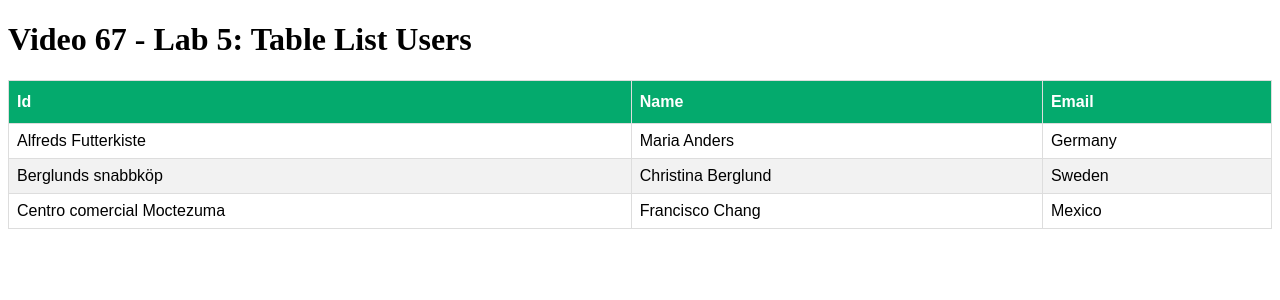
Repository: binhphanbp/JavaScript-TypeScript
Page: src/chapter07/video67-lab5/video67-lab5.html
The author's editor kept a copy of each file at every save. The page is drawn from the files as they stood at one save, then again after a run of saves.
The browser window is 1280 px wide. The pictures show the whole page.

Above is the page before, as saved 2025-09-02 16:55:42.

### src/chapter07/video67-lab5/video67-lab5.html
<!DOCTYPE html>
<html lang="en">
  <head>
    <meta charset="UTF-8" />
    <meta name="viewport" content="width=device-width, initial-scale=1.0" />
    <title>Document</title>
    <style>
      #users {
        font-family: Arial, Helvetica, sans-serif;
        border-collapse: collapse;
        width: 100%;
      }

      #users td,
      #users th {
        border: 1px solid #ddd;
        padding: 8px;
      }

      #users tr:nth-child(even) {
        background-color: #f2f2f2;
      }

      #users tr:hover {
        background-color: #ddd;
      }

      #users th {
        padding-top: 12px;
        padding-bottom: 12px;
        text-align: left;
        background-color: #04aa6d;
        color: white;
      }
    </style>
  </head>

  <body>
    <h1>Video 67 - Lab 5: Table List Users</h1>

    <table id="users">
      <thead>
        <th>Id</th>
        <th>Name</th>
        <th>Email</th>
      </thead>
      <tbody>
        <tr>
          <td>Alfreds Futterkiste</td>
          <td>Maria Anders</td>
          <td>Germany</td>
        </tr>
        <tr>
          <td>Berglunds snabbköp</td>
          <td>Christina Berglund</td>
          <td>Sweden</td>
        </tr>
        <tr>
          <td>Centro comercial Moctezuma</td>
          <td>Francisco Chang</td>
          <td>Mexico</td>
        </tr>
      </tbody>
    </table>

    <script src="./video67-lab5.js"></script>
  </body>
</html>

### src/chapter07/video67-lab5/video67-lab5.js
console.log('Video 67');

After the next 2 saves:
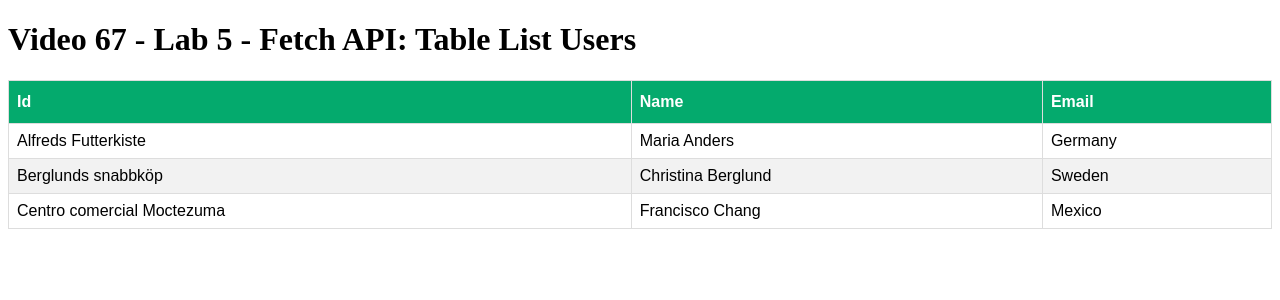
The 2 saves are shown as one change because they came seconds apart.
The last was saved 15 s later.
--- a/src/chapter07/video67-lab5/video67-lab5.html
+++ b/src/chapter07/video67-lab5/video67-lab5.html
@@ -36,7 +36,7 @@
   </head>
 
   <body>
-    <h1>Video 67 - Lab 5: Table List Users</h1>
+    <h1>Video 67 - Lab 5 - Fetch API: Table List Users</h1>
 
     <table id="users">
       <thead>
